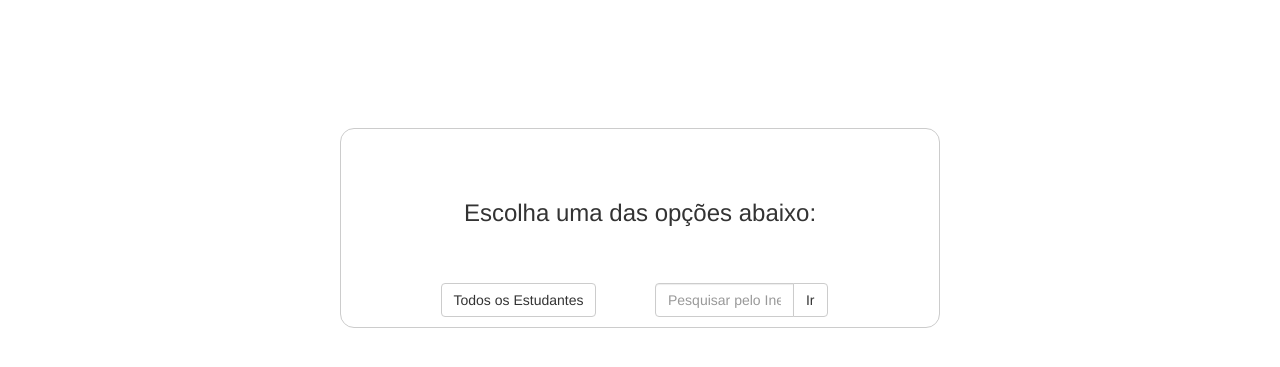
Repository: ipti/br.tag.webservice
Page: http://localhost/Restful-API-TAG/students.jsp
These files come from the project's save history. The page is drawn as it stood at one moment and after the next save; the edit follows.
The browser window is 1280 px wide. The pictures show the whole page.
The page is served by Tomcat 9.

Above is the page before, as saved 2016-04-27 14:03:36.

After the next save:
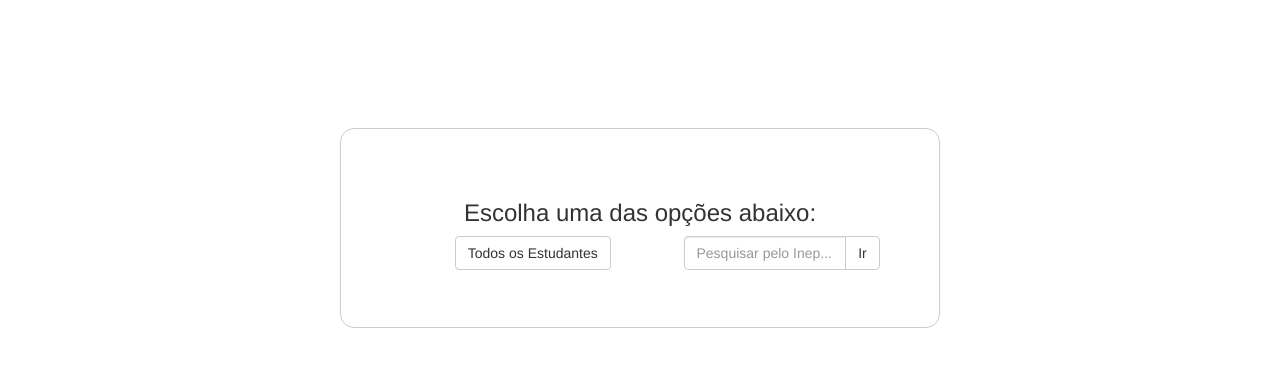
Saved 3 min 59 s later.
--- a/Restful-API-TAG/WebContent/students.jsp
+++ b/Restful-API-TAG/WebContent/students.jsp
@@ -12,7 +12,7 @@
 	<div id="studentDiv">
 		<h3 id="titleStudent">Escolha uma das opções abaixo:</h3>
 
-		<div style="margin: 10%" class="btn-group-md text-center" role="group" aria-label="...">
+		<div style="margin-left: 10%" class="btn-group-md text-center" role="group" aria-label="...">
 			<div class="row">
 				<div class="col-lg-6">
 					<a type="submit" class="btn btn-default" href="${pageContext.request.contextPath}/api/TagService/getStudents">Todos os Estudantes</a>
